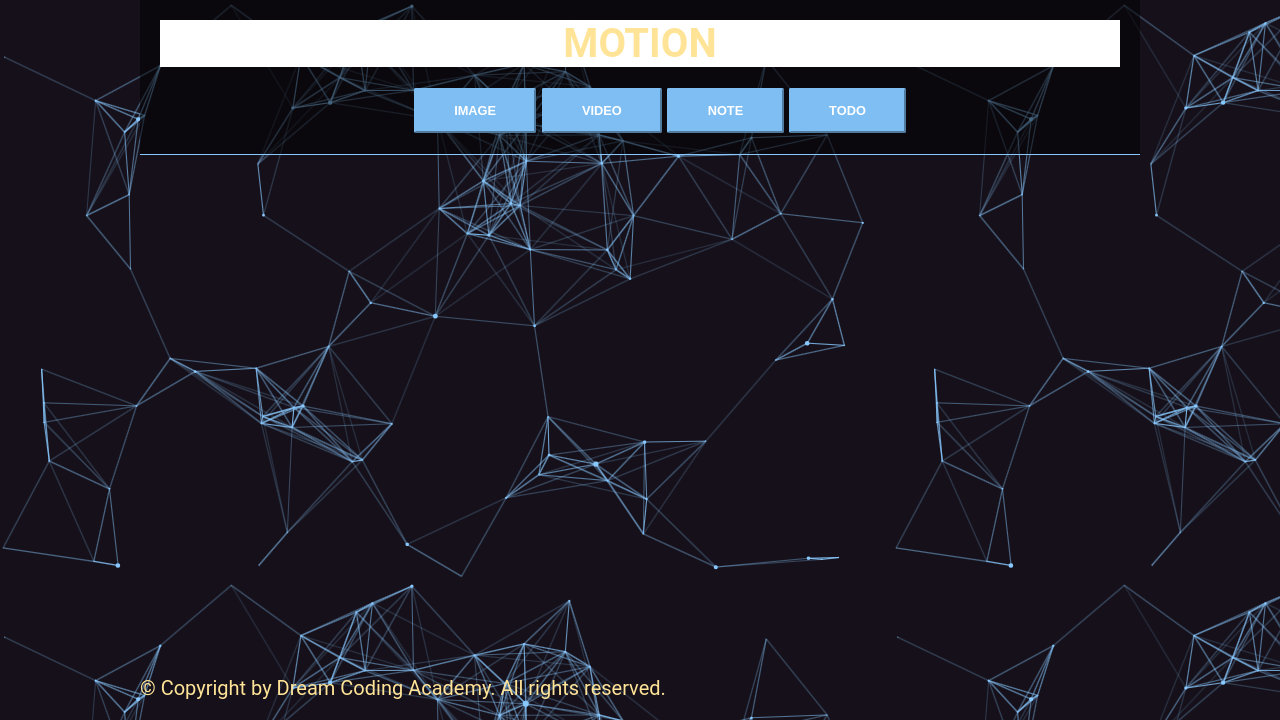
Repository: chefkuna/Motion
Page: index.html
An editor plug-in stored every save of this project. The page is shown before and after the next save, followed by the edit.
The browser window is 1280 px wide. The pictures show the whole page.

Above is the page before, as saved 2022-08-21 14:47:24.

### index.html
<!DOCTYPE html>
<html lang="en">
<head>
  <meta charset="UTF-8">
  <meta http-equiv="X-UA-Compatible" content="IE=edge">
  <meta name="viewport" content="width=device-width, initial-scale=1.0">
  <title>Motion</title>
  <link rel="stylesheet" href="./style/style.css">
  <script src='./dist/app.js' defer></script>
</head>
<body>
  <div class="app">
    <header class='banner'>
      <h1 class="banner__title">MOTION</h1>
      <ul class="control-panel">
        <li><button id='new-image' class="create-button">Image</button></li>
        <li><button id='new-video' class="create-button">Video</button></li>
        <li><button id='new-note' class="create-button">Note</button></li>
        <li><button id='new-todo' class="create-button">Todo</button></li>
      </ul>
    </header>
    <main class='document'></main>
    <footer class="footer">
      <p>© Copyright by Dream Coding Academy. All rights reserved.</p>
    </footer>
  </div>

</body>
</html>

### style/style.css
:root {
  --bg-main-color: #00000080;
  --bg-accent-color: #89c9ff;
  --accent-color: #7ebef3;
  --text-accent-color: #ffe498;
  --text-edit-bg-color: #575757;
  --border-color: #3f3f3f;
  --shadow-color: #202020;
  --document-bg-color: #68686850;
  --component-bg-gradient: radial-gradient(circle, #646464e6 0%, #363636e6 100%);
  --smokywhite: #dddbd8;
  --black: #000000;
  --translucent-black: #00000099;
}



li {
  list-style: none;
  padding-left: 0;
}

p {
  color: var(--text-accent-color);
}

body {
  background: url('../assets/background.png');
  font-family: Roboto, Oxygen, sans-serif;
  display: flex;
  justify-content: center;
  height: 100vh;
  overflow: hidden;
  font-size: 1.25rem;
  margin: 0;
}

.app {
  width: 100%;
  max-width: 1000px;
  height: 100%;
  display: flex;
  flex-direction: column;
}

.banner {
  background-color: var(--bg-main-color);
  border-bottom: 1px solid var(--bg-accent-color);
  text-align: center;
}

.banner__title {
  background-color: #fff;
  color: var(--text-accent-color);
  margin: 20px;
  text-align: center;
}

.control-panel {
  display: flex;
  align-items: center;
  justify-content: center;
}

.create-button {
  margin: 0.1em 0.2em;
  text-align: center;
  user-select: none;
  padding: 1em 3em;
  text-transform: uppercase;
  font-weight: 600;
  font-size: 0.8rem;
  color: white;
  background-color: var(--accent-color);
  border-color: var(--accent-color);
  border-radius: 2px;
}

.document {
  height: 100%;
  overflow-y: auto;
}

Loaded but not shown: dist/app.js (no copy from this time; the picture is the same without it)

After the next save:
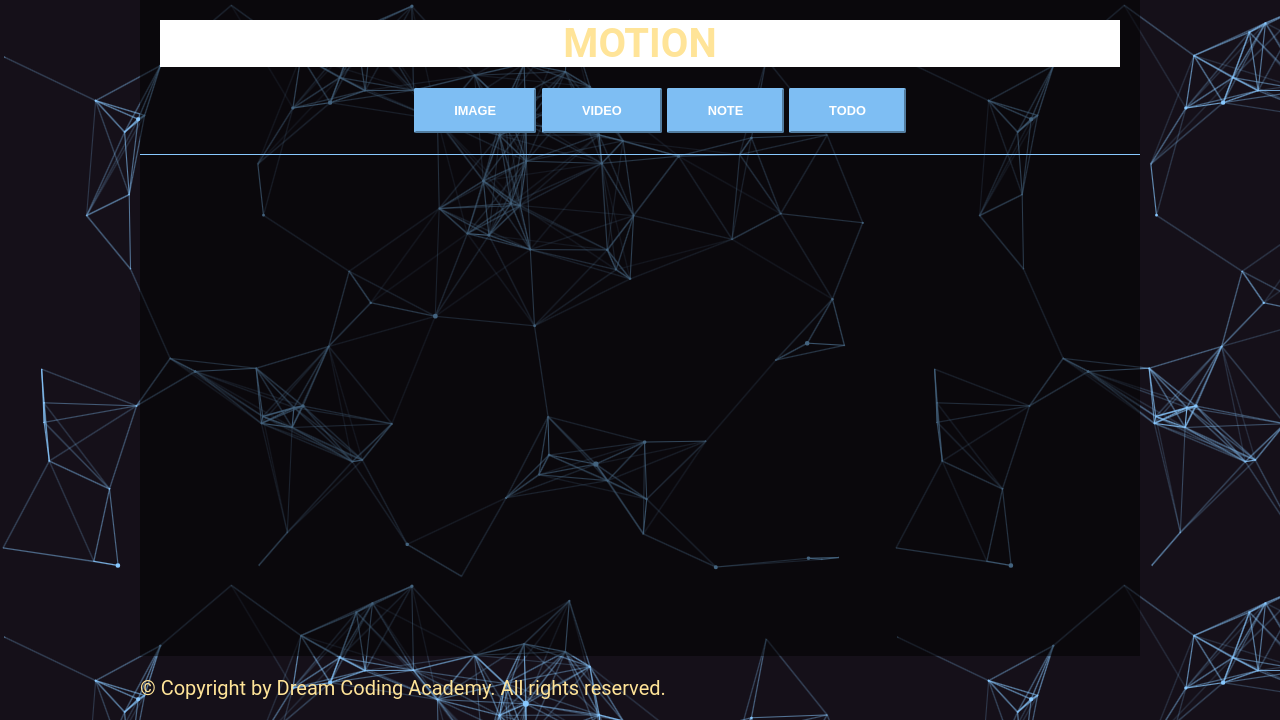
Saved 11 s later.
--- a/style/style.css
+++ b/style/style.css
@@ -79,4 +79,5 @@ body {
 .document {
   height: 100%;
   overflow-y: auto;
+  background-color: var(--bg-main-color);
 }
